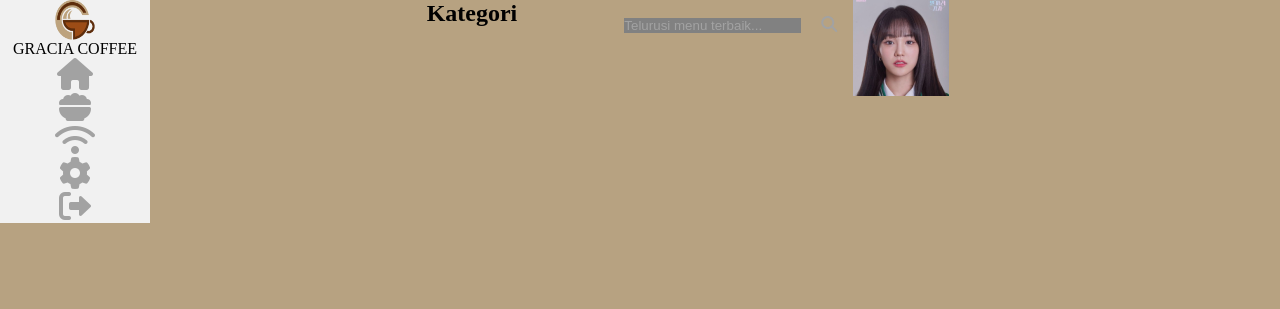
Repository: DanielChuaaa/sbd2
Page: index.html
These files come from the project's save history. The page is drawn as it stood at one moment and after the next save; the edit follows.
The browser window is 1280 px wide. The pictures show the whole page.
Some web libraries are served in a nearby version.

Above is the page before, as saved 2023-10-20 10:19:12.

### index.html
<!DOCTYPE html>
<html lang="en">
<head>
    <meta charset="UTF-8">
    <meta name="viewport" content="width=device-width, initial-scale=1.0">
    <title>Document</title>
    <link href="https://fonts.googleapis.com/css2?family=Roboto+Mono:wght@400;600;700&display=swap" rel="stylesheet" />
    <link
      rel="stylesheet"
      href="https://cdnjs.cloudflare.com/ajax/libs/font-awesome/6.1.2/css/all.min.css"
      integrity="sha512-1sCRPdkRXhBV2PBLUdRb4tMg1w2YPf37qatUFeS7zlBy7jJI8Lf4VHwWfZZfpXtYSLy85pkm9GaYVYMfw5BC1A=="
      crossorigin="anonymous"
      referrerpolicy="no-referrer"
    />
    <link rel="stylesheet" href="style.css">
</head>
<body>
    <div class="container">
        <div class="grid-wrapper">
            <div class="icon">
                <img src="/assets/logo projek SBD 1.png" width="40px" height="40px" alt="logo">
                <p>GRACIA COFFEE</p>
                <a href="#"><i class="fa-solid fa-house fa-2xl"></i></a>
                <a href="#"><i class="fa-solid fa-bowl-food fa-2xl"></i></a>
                <a href="#"><i class="fa-solid fa-wifi fa-2xl"></i></a>
                <a href="#"><i class="fa-solid fa-gear fa-2xl"></i></a>
                <a href="#"><i class="fa-solid fa-right-from-bracket fa-2xl"></i></a>
            </div>

            <div class="content">
                <div class="nav">
                    <h2>Kategori</h2>
                    <div class="inputWrapper">
                        <input type="text" name="text" id="text" class="input" placeholder="Telurusi menu terbaik...">
                        <i class="fa-solid fa-magnifying-glass"></i>
                    </div>
                </div>

                <div class="menu"></div>
            </div>

            <div class="order">
                <img src="/assets/g_8___8_idola_cantik_berbakat_alumni_sm_entertainment_yang_sudah_debut_di_girlgroup_agensi_lain_p_eks_sm_trainee-20220408-001-non_fotografer_kly 1.png" alt="">
            </div>
        </div>
    </div>
</body>
</html>

### style.css
:root{
    --clr-primary-100: #B7A281;

    --clr-neutral-100: #818181;
    --clr-neutral-200: #A2A2A2;
    --clr-neutral-300: #D9D9D9;
    --clr-neutral-400: #F8F8F8;
    --clr-neutral-500:  #f1f1f1;

    --ff: "Roboto Mono", monospace;

    --fw-regular: 400;
    --fw-semi-bold: 600;
    --fw-bold: 700;
}

*{
    box-sizing: border-box;
    margin: 0;
    padding: 0;
}

body{
    background-color: #B7A281;
}

.grid-wrapper{
    display: grid;
    grid-template-columns: 1fr 1fr 1fr;
}

.icon{
    background: var(--clr-neutral-500);

    display: flex;
    flex-direction: column;
    justify-content: space-evenly;
    align-items: center;
    max-width: 150px;
}

.fa-solid{
    color: var(--clr-neutral-200);
    padding: 1rem;
}

.nav{
    display: flex;
    justify-content: space-between;
}

.input{
    background: var(--clr-neutral-100);

    border: none;

}

::placeholder{
    color: var(--clr-neutral-200);
}

After the next save:
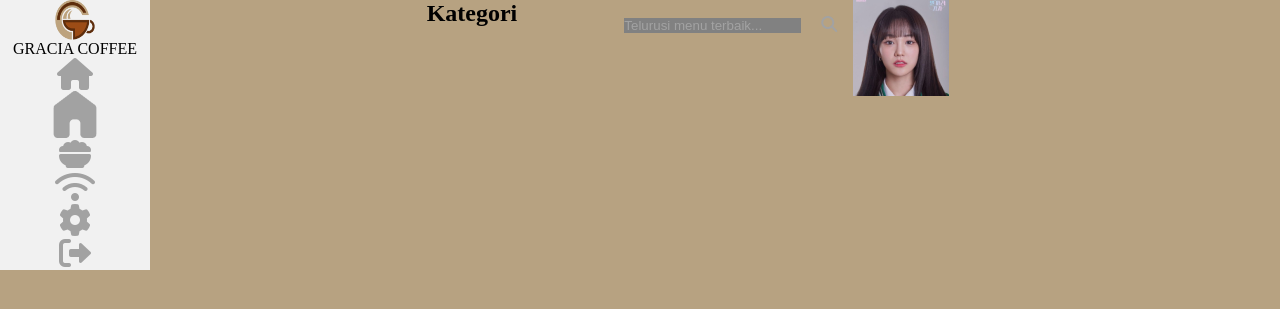
Saved 2 min 52 s later.
--- a/index.html
+++ b/index.html
@@ -21,6 +21,7 @@
                 <img src="/assets/logo projek SBD 1.png" width="40px" height="40px" alt="logo">
                 <p>GRACIA COFFEE</p>
                 <a href="#"><i class="fa-solid fa-house fa-2xl"></i></a>
+                <img src="/assets/home.png" alt="">
                 <a href="#"><i class="fa-solid fa-bowl-food fa-2xl"></i></a>
                 <a href="#"><i class="fa-solid fa-wifi fa-2xl"></i></a>
                 <a href="#"><i class="fa-solid fa-gear fa-2xl"></i></a>
@@ -36,7 +37,13 @@
                     </div>
                 </div>
 
-                <div class="menu"></div>
+                <div class="menu">
+                    <div class="iconMenu"></div>
+                    <div class="iconMenu"></div>
+                    <div class="iconMenu"></div>
+                    <div class="iconMenu"></div>
+                    <div class="iconMenu"></div>
+                </div>
             </div>
 
             <div class="order">
